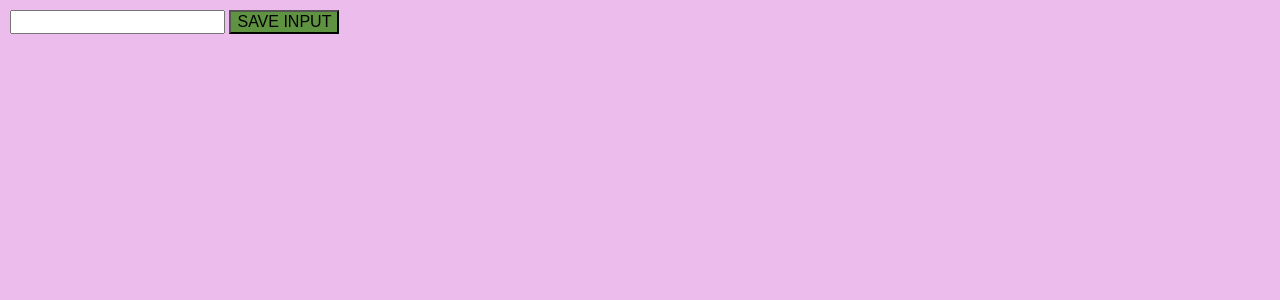
Repository: jt010051/chromeExtension
Page: index.html
The author's editor kept a copy of each file at every save. The page is drawn from the files as they stood at one save, then again after the next save.
The browser window is 1280 px wide. The pictures show the whole page.

Above is the page before, as saved 2022-02-27 17:09:50.
Not found: index.js

After the next save:
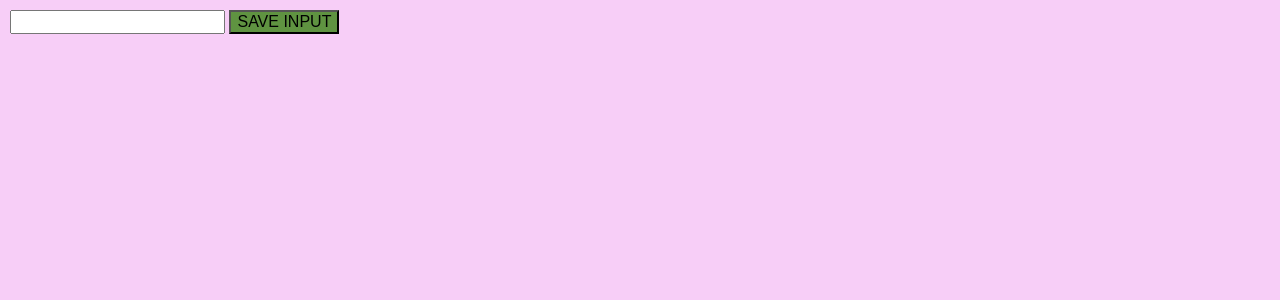
Saved 11 s later.
--- a/index.css
+++ b/index.css
@@ -2,7 +2,7 @@ body {
     margin: 0;
     padding: 10px;
     font-family: Arial, Helvetica, sans-serif;
-background-color: rgb(236, 188, 236);}
+background-color: rgb(247, 206, 247);}
 
 
 
